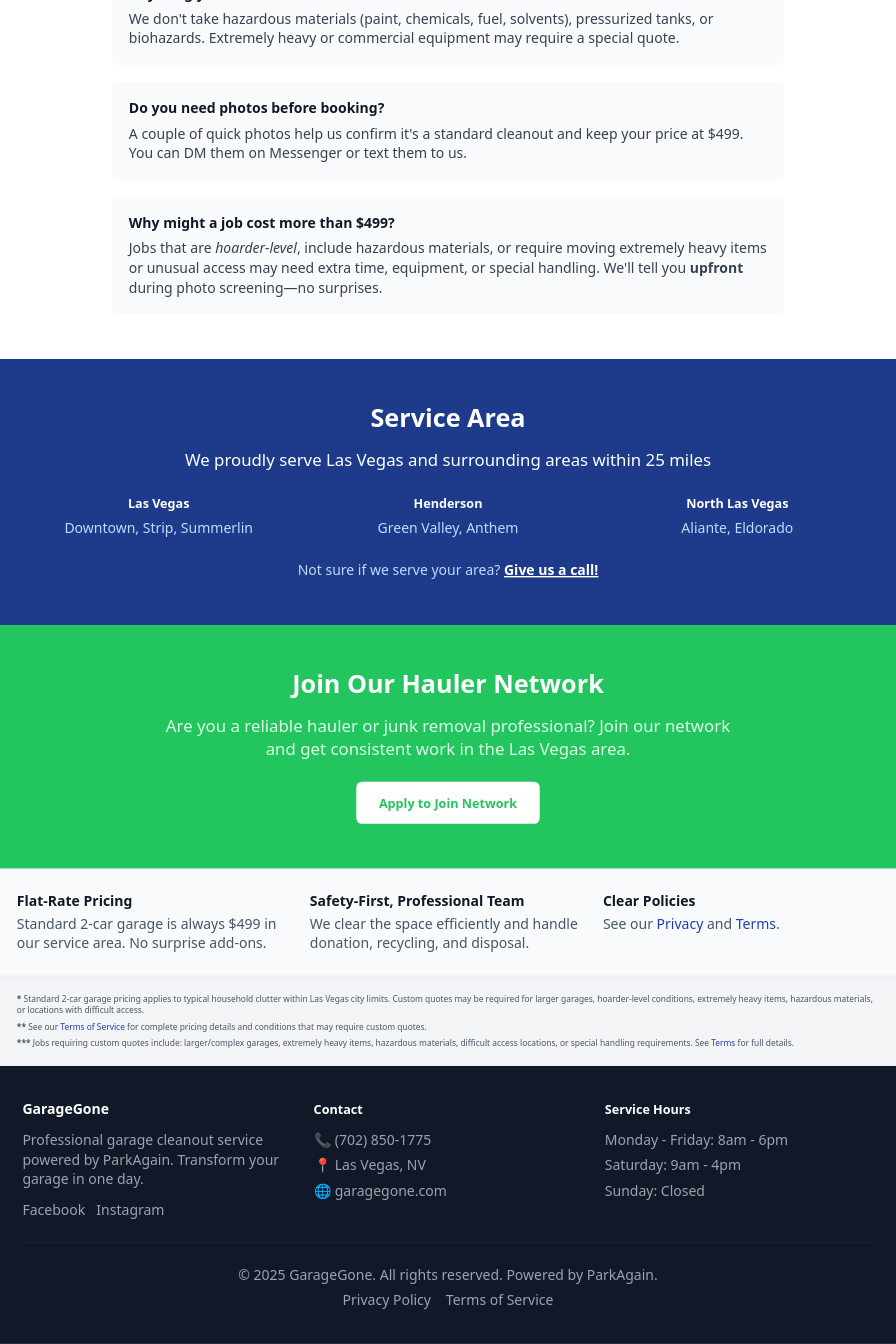
Repository: nikwhite1169/garagegone
Page: index.html
These files come from the project's save history. The page is drawn as it stood at one moment and after the next save; the edit follows.
The browser window is 1280 px wide. The pictures show the part of the page from y = 3877 to 5797 px (the page is 5797 px tall before and 5773 px after), at 70% of full size.
Some web libraries are served in a nearby version.

Above is the page before, as saved 2025-09-16 19:40:41.

After the next save:
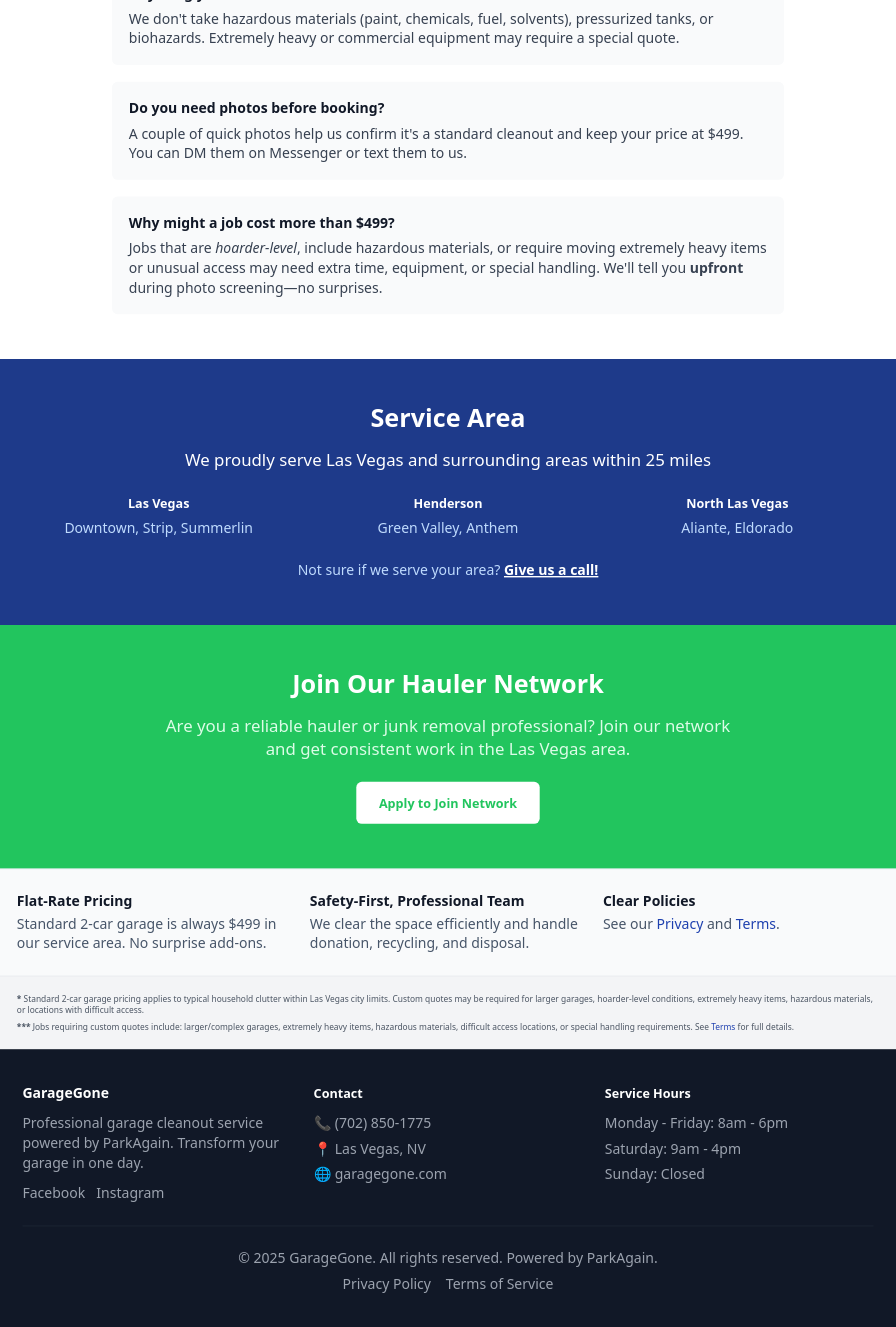
Saved 9 s later.
--- a/index.html
+++ b/index.html
@@ -397,7 +397,6 @@
       <div class="max-w-7xl mx-auto px-4 md:px-6">
          <div class="text-xs text-gray-600 space-y-2">
            <p><strong>*</strong> Standard 2-car garage pricing applies to typical household clutter within Las Vegas city limits. Custom quotes may be required for larger garages, hoarder-level conditions, extremely heavy items, hazardous materials, or locations with difficult access.</p>
-           <p><strong>**</strong> See our <a href="terms-of-service.html" class="text-blue-800 hover:underline">Terms of Service</a> for complete pricing details and conditions that may require custom quotes.</p>
            <p><strong>***</strong> Jobs requiring custom quotes include: larger/complex garages, extremely heavy items, hazardous materials, difficult access locations, or special handling requirements. See <a href="terms-of-service.html" class="text-blue-800 hover:underline">Terms</a> for full details.</p>
          </div>
       </div>
